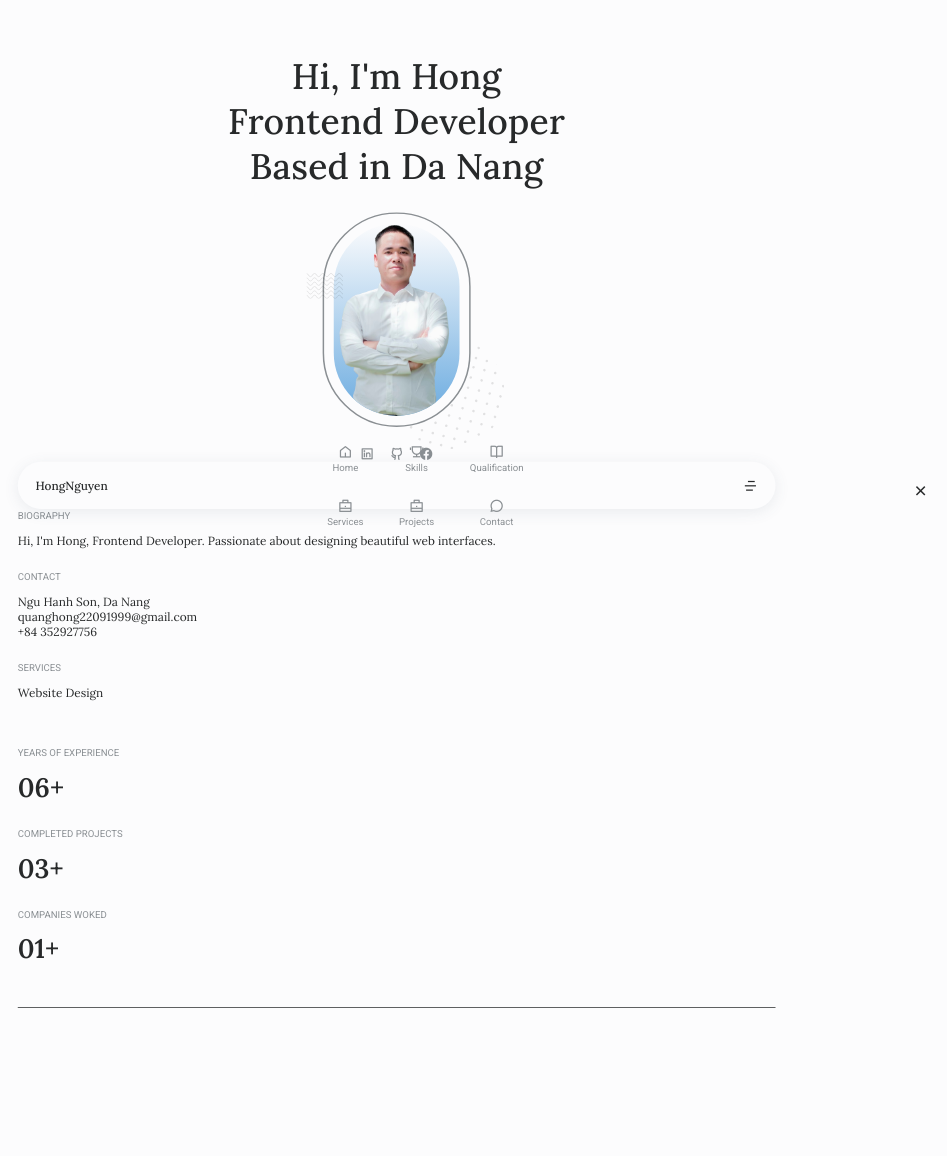
Repository: hnguyeng/myportfoliohongnguyen
Page: index.html
The author's editor kept a copy of each file at every save. The page is drawn from the files as they stood at one save, then again after the next save.
The browser window is 1280 px wide. The pictures show the whole page, at 74% of full size.
Some web libraries are served in a nearby version.

Above is the page before, as saved 2023-07-17 14:31:40.

### index.html
<!DOCTYPE html>
<html lang="en">
<head>
    <meta charset="UTF-8">
    <meta name="viewport" content="width=device-width, initial-scale=1.0">
    <title>Document</title>
    <link rel="stylesheet" href="./assets/css/style.css">
    <!-- remixicon -->
    <link href="https://cdn.jsdelivr.net/npm/remixicon@3.4.0/fonts/remixicon.css" rel="stylesheet">
    <!-- google fonts -->
    <link rel="preconnect" href="https://fonts.googleapis.com">
    <link rel="preconnect" href="https://fonts.gstatic.com" crossorigin>
    <link href="https://fonts.googleapis.com/css2?family=Inter:wght@600&family=Lobster&family=Lora:wght@400;500;600&family=Permanent+Marker&family=Poppins:wght@300;400;500;600;700;800;900&family=Roboto:wght@400;500&display=swap" rel="stylesheet">
</head>
<body>
    <!-- header -->
    <header class="header" id="header">
        <nav class="nav container">
            <a href="#" class="nav__logo">
                HongNguyen
            </a>
            <div class="nav__menu" id="nav-menu">
                <ul class="nav__list grid">
                    <li class="nav__item">
                        <a href="#home" class="nav__link">
                            <i class="ri-home-5-line"></i> Home
                        </a>
                    </li>
                    <li class="nav__item">
                        <a href="#skills" class="nav__link">
                            <i class="ri-trophy-line"></i> Skills
                        </a>
                    </li>
                    <li class="nav__item">
                        <a href="#qualification" class="nav__link">
                            <i class="ri-book-open-line"></i> Qualification
                        </a>
                    </li>
                    <li class="nav__item">
                        <a href="#services" class="nav__link">
                            <i class="ri-briefcase-line"></i> Services
                        </a>
                    </li>
                    <li class="nav__item">
                        <a href="#projects" class="nav__link">
                            <i class="ri-briefcase-line"></i> Projects
                        </a>
                    </li>
                    <li class="nav__item">
                        <a href="#contact" class="nav__link">
                            <i class="ri-chat-3-line"></i> Contact
                        </a>
                    </li>

                </ul>
                <!-- close button -->
                <div class="nav__close" id="nav-close">
                    <i class="ri-close-line"></i>
                </div>
            </div>
            <div class="nav__buttons">
                <!-- Theme change button -->
                <!-- <i class="ri-moon-line change theme" id="theme-button"></i> -->
                <!-- Toggle button -->
                <div class="nav__toggle" id="nav-toggle">
                    <i class="ri-menu-4-line"></i>
                </div>
            </div>
        </nav>
    </header>
    <!-- main -->
    <main class="main">
        <!-- ==============HOME=============== -->
        <section class="home section" id="home">
            <div class="home__container container grid section__border">
                <div class="home__data grid">
                    <h1 class="home__title">
                        Hi, I'm Hong <br>
                        Frontend Developer <br>
                        Based in Da Nang <br>
                    </h1>
                    <div class="home__blob grid">
                        <div class="home__perfil">
                            <img src="./assets/imgs/perfil.png" alt="home perfil">
                        </div>
                        <img src="./assets/imgs/shape-wawes.svg" alt="" class="home__shape-wawes">
                        <img src="./assets/imgs/shape-circle.svg" alt="" class="home__shape-circle">
                    </div>
                    <ul class="home__social">
                        <a href="https://www.linkedin.com/in/hongnguyen22/" target="_blank" class="home__social-link">
                            <i class="ri-linkedin-box-line"></i>
                        </a>
                        <a href="https://github.com/hnguyeng" target="_blank" class="home__social-link">
                            <i class="ri-github-line"></i>
                        </a>
                        <a href="https://www.facebook.com/Hin229" target="_blank" class="home__social-link">
                            <i class="ri-facebook-circle-fill"></i>
                        </a>
                    </ul>
                </div>
                <!-- ==============HOME INFO 1=============== -->
                <div class="home__info">
                    <div>
                        <h3 class="home__info-title">
                            BIOGRAPHY
                        </h3>
                        <p class="home__info-description">
                            Hi, I'm Hong, Frontend Developer.
                            Passionate about designing beautiful web interfaces.
                        </p>
                    </div>
                    <div>
                        <h3 class="home__info-title">
                            CONTACT
                        </h3>
                        <p class="home__info-description">
                            Ngu Hanh Son, Da Nang <br>
                            quanghong22091999@gmail.com <br>
                            +84 352927756 <br>
                        </p>
                    </div>
                    <div>
                        <h3 class="home__info-title">
                            SERVICES
                        </h3>
                        <p class="home__info-description">
                            Website Design <br>
                        </p>
                    </div>
                </div>
                <!-- ==============HOME INFO 2=============== -->
                <div class="home__info">
                    <div>
                        <h3 class="home__info-title">
                            YEARS OF EXPERIENCE
                        </h3>
                        <p class="home__info-number">
                        06+
                        </p>
                    </div>
                    <div>
                        <h3 class="home__info-title">
                            COMPLETED PROJECTS
                        </h3>
                        <p class="home__info-number">
                            03+
                        </p>
                    </div>
                    <div>
                        <h3 class="home__info-title">
                            COMPANIES WOKED
                        </h3>
                        <p class="home__info-number">
                            01+
                        </p>
                    </div>
                </div>
            </div>
        </section>
        <!-- ================SKILLS=========== -->
        <section class="skills section" id="skills"></section>
        <!-- =============QUALIFICATION============= -->
        <section class="qualification section" id="qualification"></section>
    </main>

    <script src="./assets/js/main.js"></script>
</body>
</html>

### assets/css/style.css
/* =============VARIABLES CSS============ */
:root {
    --header-height: 3.5rem;
    /* ========= Colors ========== */
    /*Colors mode HSL(hue, saturation, lightness)*/
    --first-color: hsl(207, 65%, 65%);
    --title-color: hsl(207, 4%, 16%);
    --text-color: hsl(207, 4%, 28%);
    --text-color-light: hsl(207, 4%, 56%);
    --body-color: hsl(207, 4%, 99%);
    /* Change the first number */
    /* Blue: 207 - Purple: 250 - Pink: 356 - Teal: 174 */
    --gradient-color: linear-gradient(180deg,
                         hsla(207, 48%, 72%, 0),
                         hsla(207, 65%, 65%, 1));
    /* ========== Font and typography ========== */
    /*.5rem = 8px | 1rem = 16px ... */
    --body-font: 'Roboto', sans-serif;
    --title-font: 'Lora', serif;
    --biggest-font-size: 1.5rem;
    --h1-font-size: 1.5rem;
    --h2-font-size: 1.25rem;
    --h3-font-size: 1rem;
    --normal-font-size:.938rem;
    --small-font-size:.813rem;
    --smaller-font-size:.75rem;
    --tiny-font-size:.625rem;
    /* ==========Font weight======== */
    --font-medium: 500;
    --font-semi-bold: 600;
    /* ===========z index======== */
    --z-normal: 1;
    --z-tooltip: 10;
    --z-fixed: 100;
}
/* Reponsive typographt */
@media screen and (min-width: 1024px) {
    :root {
        --biggest-font-size: 3rem;
        --h1-font-size: 2.25rem;
        --h2-font-size: 1.rem;
        --h3-font-size: 1.25rem;
        --normal-font-size: 1rem;
        --small-font-size: .875rem;
        --smaller-font-size: .813rem;
        --tiny-font-size: .688rem;
    }
}
/* ===============BASE============= */
*{
    margin: 0;
    padding: 0;
    box-sizing: border-box;
}
html{
    scroll-behavior: smooth;
}
body{
    font-family: var(--body-font);
    font-size: var(--normal-font-size);
    background-color:var(--body-color);
    color: var(--text-color);
}
h1,h2,h3{
    color: var(--title-color);
    font-family: var(--title-font);
    font-weight: var(--font-medium);
}
ul{
    list-style: none;
}
a{
    text-decoration: none;
}
img{
    width: 100%;
    height: auto;
}
/* ===========REUSABLE CSS CLASSES============ */
.container{
    max-width: 1024px;
    margin-inline: 1.5rem;
}
.grid{
    display: grid;
    gap: 1.5rem;
}
.section{
    padding-block: 2.5rem;
}
.section__border{
    border-bottom: 1px solid var(--title-color);
    padding-bottom: 3.5rem;
}
.section__title,
.section__subtitle{
    text-align: center;
}
.section__title{
    font-size: var(--h1-font-size);
    font-weight: var(--font-semi-bold);
    margin-bottom: .25rem;
}
.section__subtitle{
    display: block;
    font-size: var(--small-font-size);
    color: var(--text-color-light);
    margin-bottom: 3rem;
}
.main{
    overflow: hidden;
}
/* ============= HEADER AND NAV ============ */
.header{
    width: 100%;
    position: fixed;
    bottom: 2rem;
    left: 0;
    z-index: var(--z-fixed);
}
.nav{
    height: calc(var(--header-height) + .5rem);
    display: flex;
    justify-content: space-between;
    align-items: center;
    background-color: var(--body-color);
    box-shadow: 0 4px 20px hsla(207, 24%, 35%, .1);
    padding-inline: 1.5rem;
    border-radius: 3rem;
}
.nav__logo,
.nav__toggle,
.nav__close{
    color: var(--title-color);
}
.nav__logo{
    font-weight: var(--font-medium);
    font-family: var(--title-font);
}
.nav__toggle{
    display: flex;
    font-size: 1.25rem;
    cursor: pointer;
}
@media screen and (max-width:1023px) {
    .nav__menu{
        position: fixed;
        width: 88%;
        right: 0;
        left: 0;
        bottom: -60%;
        margin: 0 auto;
        background-color: var(--body-color);
        box-shadow: 0 4px 20px hsla(207, 24%, 35%, .1);
        padding: 2rem 1.5rem 5rem;
        border-radius: 2rem;
        transition: bottom .3s;
    }
}
.nav__list{
    grid-template-columns: repeat(3, max-content);
    justify-content: center;
    gap: 2rem 3rem;
}
.nav__link{
    display: flex;
    flex-direction: column;
    align-items: center;
    row-gap: .25rem;
    font-size: var(--smaller-font-size);
    color: var(--text-color-light);
    transition: color .3s;
}
.nav__link:hover{
    color: var(--title-color);
}
.nav__link i{
    font-size: 1.25rem;
}
.nav__close{
    position: absolute;
    right: 1.5rem;
    bottom: .7rem;
    font-size: 1.5rem;
    cursor: pointer;
}
/* Show menu  */
.show-menu{
    bottom: 2rem;
}
/* Active link  */
/* =================HOME=============== */
.home__container{
    row-gap: 4rem;
    padding-top: 2rem;
}
.home__data{
    row-gap: 1.5rem;
}
.home__title{
    text-align: center;
    font-size: var(--biggest-font-size);
    letter-spacing: .3px;
    margin-bottom: .5rem;
}
.home__blob{
    position: relative;
    width: 200px;
    height: 290px;
    background-color: var(--body-color);
    border: 2px solid var(--text-color-light);
    justify-self: center;
    border-radius: 6.25rem;
    place-items: center;
}
.home__perfil{
    width: 170px;
    height: 260px;
    background: var(--gradient-color);
    border-radius: 5.5rem;
    overflow: hidden;
    display: flex;
    justify-content: center;
    align-items: flex-end;
}
.home__perfil img{
    height: 260px;
    object-fit: cover;
}
.home__shape-wawes,
.home__shape-circle{
    position: absolute;
    opacity: .1;
}
.home__shape-wawes{
    width: 50px;
    left: -1.5rem;
    top: 5rem;
}
.home__shape-circle{
    width: 150px;
    bottom: -2rem;
    right: -3rem;
    transform: rotate(15deg);
    z-index: -1;
}
.home__social{
    justify-self: center;
    display: flex;
    column-gap: 1.25rem;
}
.home__social-link{
    font-size: 1.25rem;
    color: var(--text-color-light);
    transition: color .3s;
}
.home__social-link:hover{
    color: var(--title-color);
}
.home__info{
    display: grid;
    row-gap: 2rem;
}
.home__info-title{
    font-size: var(--smaller-font-size);
    font-family: var(--body-font);
    font-weight: 400;
    color: var(--text-color-light);
    margin-bottom: 1rem;
}
.home__info-description,
.home__info-number{
    font-family: var(--title-font);
    color: var(--title-color);
}
.home__info-description{
    padding-right: 4rem;
}
.home__info-number{
    font-weight: var(--font-semi-bold);
    font-size: var(--h1-font-size);
}

### assets/js/main.js
/*=============== SHOW MENU ===============*/
const navMenu = document.getElementById('nav-menu'),
      navToggle = document.getElementById('nav-toggle'),
      navClose = document.getElementById('nav-close')

/*===== MENU SHOW =====*/
/* Validate if constant exists */
if(navToggle){
    navToggle.addEventListener('click', () =>{
        navMenu.classList.add('show-menu')
    })
}

/*===== MENU HIDDEN =====*/
/* Validate if constant exists */
if(navClose){
    navClose.addEventListener('click', () =>{
        navMenu.classList.remove('show-menu')
    })
}
/*=============== REMOVE MENU MOBILE ===============*/
const navLink = document.querySelectorAll('.nav__link')

const linkAction = () =>{
    const navMenu = document.getElementById('nav-menu')
    // When we click on each nav__link, we remove the show-menu class
    navMenu.classList.remove('show-menu')
}
navLink.forEach(n => n.addEventListener('click', linkAction))

After the next save:
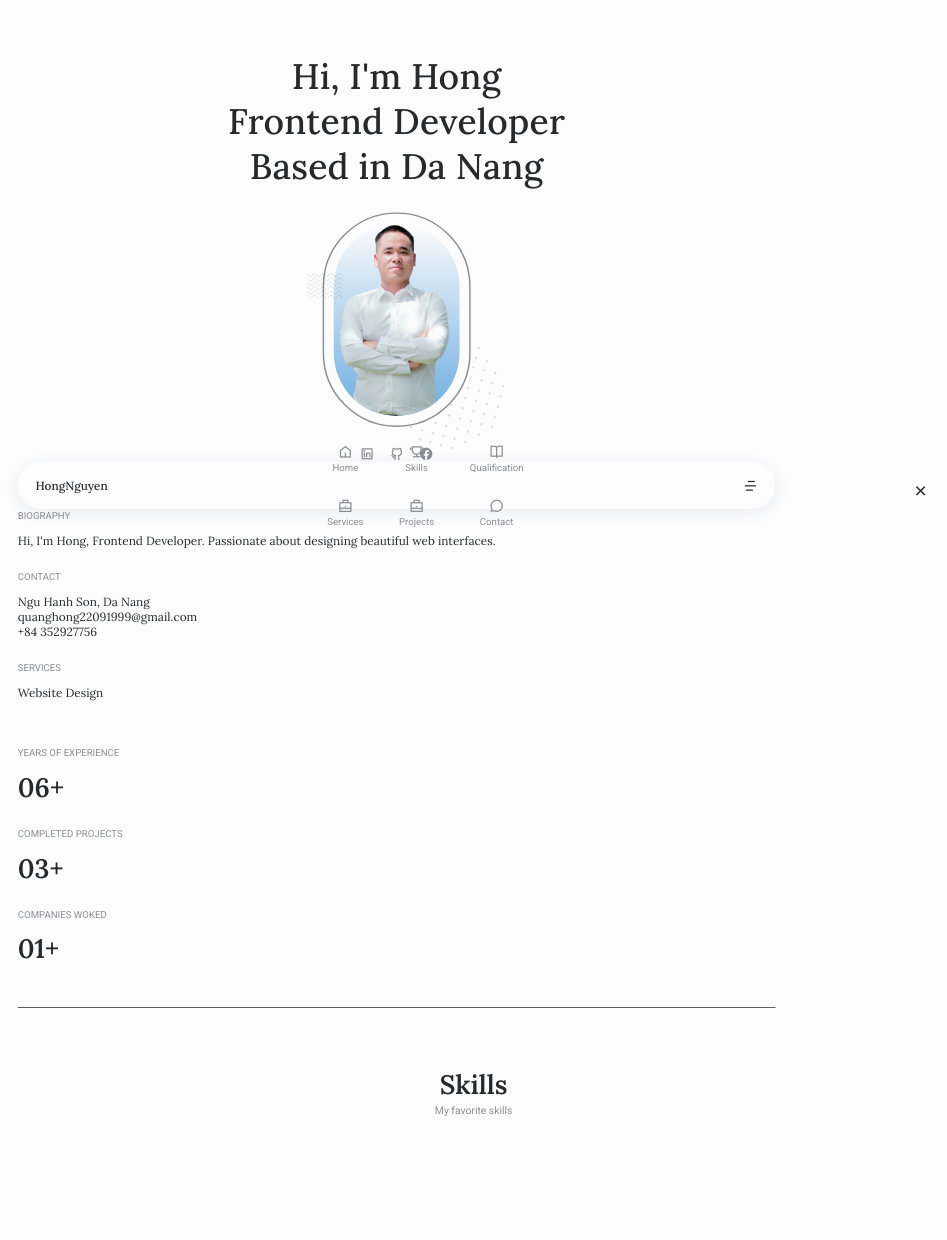
Saved 4 min 57 s later.
--- a/index.html
+++ b/index.html
@@ -158,7 +158,11 @@
             </div>
         </section>
         <!-- ================SKILLS=========== -->
-        <section class="skills section" id="skills"></section>
+        <section class="skills section" id="skills">
+            <h2 class="section__title">Skills</h2>
+            <span class="section__subtitle">My favorite skills</span>
+
+        </section>
         <!-- =============QUALIFICATION============= -->
         <section class="qualification section" id="qualification"></section>
     </main>
